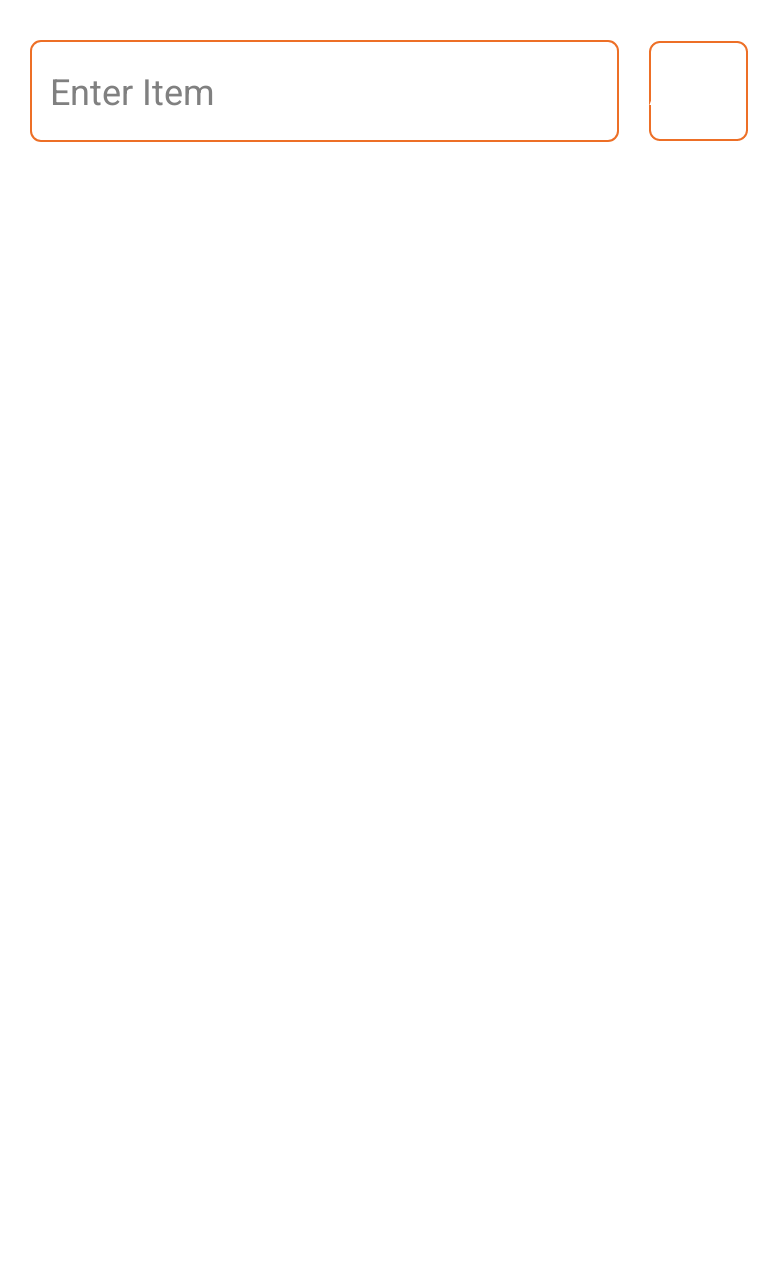
Repository: ianDervan/FYP_ShopSmart
Layout: FYP/ShopSmart/res/layout/activity_shopping_list.xml
The author's editor kept a copy of each file at every save. The layout is drawn from the files as they stood at one save, then again after the next save.
It is drawn on a 768 x 1280 px phone screen (xhdpi) without system bars, with theme AppTheme; the app's code is not run.

Above is the layout before, as saved 2015-01-16 20:59:23.

After the next save:
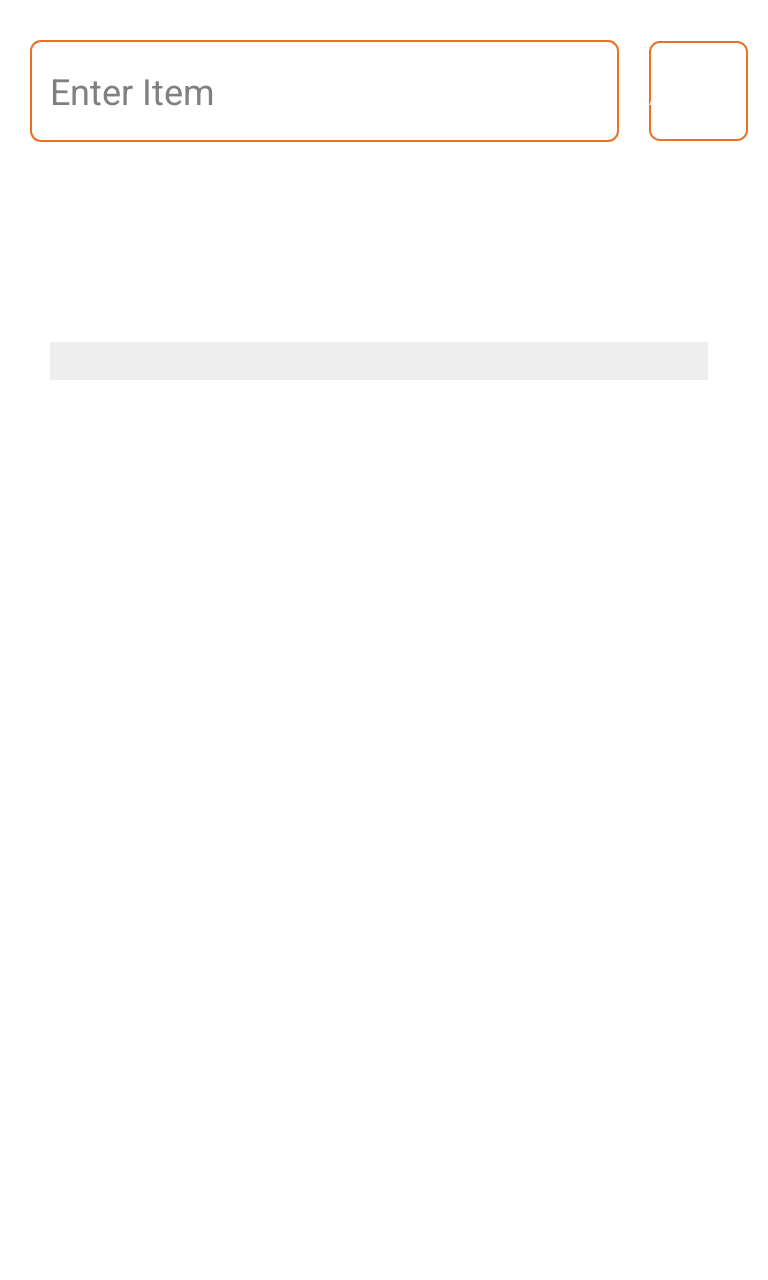
Saved 32 s later.
--- a/FYP/ShopSmart/res/layout/activity_shopping_list.xml
+++ b/FYP/ShopSmart/res/layout/activity_shopping_list.xml
@@ -45,6 +45,7 @@
              android:id="@+id/ScrollView01"
              android:layout_width="match_parent"
              android:layout_height="0dp"
+             android:layout_weight="2"
              android:layout_marginTop="50dp" >
 
              <TextView
